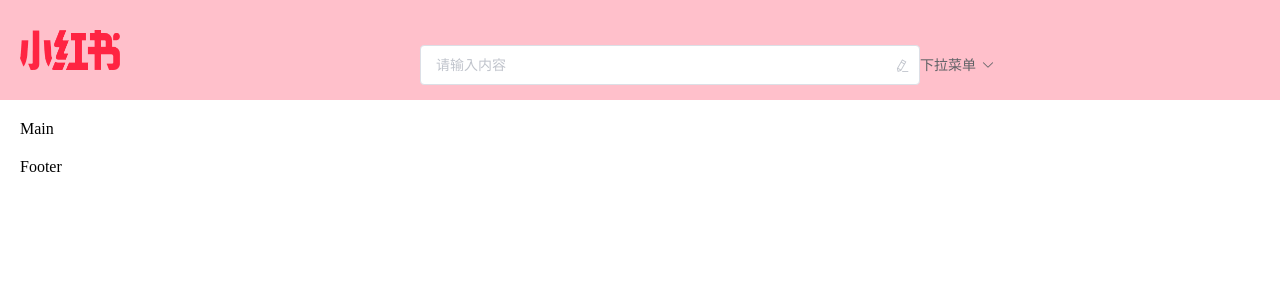
Repository: zhangshuaijie111/myproject-1
Page: /
An editor plug-in stored every save of this project. The page is shown before and after the next save, followed by the edit.
The browser window is 1280 px wide. The pictures show the whole page.
The project was rebuilt for these pictures with package versions that can differ from the ones it lists, and the page was loaded fresh each time. Also part of the build but not shown: vue.config.js.

Above is the page before, as saved 2023-07-18 18:08:48.

### src/App.vue
<template>
  <Main />
</template>

<script>
import Main from "./views/Main.vue";
export default {
  name: "App",
  components: {
    Main,
  },
};
</script>

<style>
* {
  margin: 0;
  padding: 0;
}
</style>

### src/views/Main.vue
<template>
  <div>
    <el-container>
      <el-header style="height: 100px">
        <CommonHeader />
      </el-header>
      <el-main>Main</el-main>
      <el-footer>Footer</el-footer>
    </el-container>
  </div>
</template>
<script>
import CommonHeader from "../components/CommonHeader.vue";
export default {
  components: {
    CommonHeader,
  },
};
</script>
<style lang="less">
.el-container {
  .el-header {
    width: 100vw;
    background-color: pink;
  }
}
</style>

### src/components/CommonHeader.vue
<template>
  <div>
    <img src="../assets/project-logo.png" />
    <el-autocomplete
      popper-class="my-autocomplete"
      v-model="state"
      :fetch-suggestions="querySearch"
      placeholder="请输入内容"
      @select="handleSelect"
    >
      <i
        class="el-icon-edit el-input__icon"
        slot="suffix"
        @click="handleIconClick"
      >
      </i>
      <template slot-scope="{ item }">
        <div class="name">{{ item.value }}</div>
        <span class="addr">{{ item.address }}</span>
      </template>
    </el-autocomplete>
    <el-dropdown @command="handleCommand">
      <span class="el-dropdown-link">
        下拉菜单<i class="el-icon-arrow-down el-icon--right"></i>
      </span>
      <el-dropdown-menu slot="dropdown">
        <el-dropdown-item command="a">黄金糕</el-dropdown-item>
        <el-dropdown-item command="b">狮子头</el-dropdown-item>
      </el-dropdown-menu>
    </el-dropdown>
  </div>
</template>
<script>
export default {
  data() {
    return {
      restaurants: [],
      state: "",
    };
  },
  methods: {
    querySearch(queryString, cb) {
      var restaurants = this.restaurants;
      var results = queryString
        ? restaurants.filter(this.createFilter(queryString))
        : restaurants;
      // 调用 callback 返回建议列表的数据
      cb(results);
    },
    createFilter(queryString) {
      return (restaurant) => {
        return (
          restaurant.value.toLowerCase().indexOf(queryString.toLowerCase()) ===
          0
        );
      };
    },
    loadAll() {
      return [
        { value: "三全鲜食（北新泾店）", address: "长宁区新渔路144号" },
        {
          value: "Hot honey 首尔炸鸡（仙霞路）",
          address: "上海市长宁区淞虹路661号",
        },
        {
          value: "新旺角茶餐厅",
          address: "上海市普陀区真北路988号创邑金沙谷6号楼113",
        },
      ];
    },
    handleSelect(item) {
      console.log(item);
    },
    handleIconClick(ev) {
      console.log(ev);
    },
  },
  mounted() {
    this.restaurants = this.loadAll();
  },
};
</script>
<style lang="less">
img {
  width: 100px;
  height: 40px;
  margin-top: 30px;
}
.el-autocomplete {
  width: 500px;
  height: 60px;
  margin-left: 300px;
}
.my-autocomplete {
  li {
    line-height: normal;
    padding: 7px;

    .name {
      text-overflow: ellipsis;
      overflow: hidden;
    }
    .addr {
      font-size: 12px;
      color: #b4b4b4;
    }

    .highlighted .addr {
      color: #ddd;
    }
  }
}
</style>

Loaded but not shown: public/index.html (common file); src/main.js (common file)

After the next save:
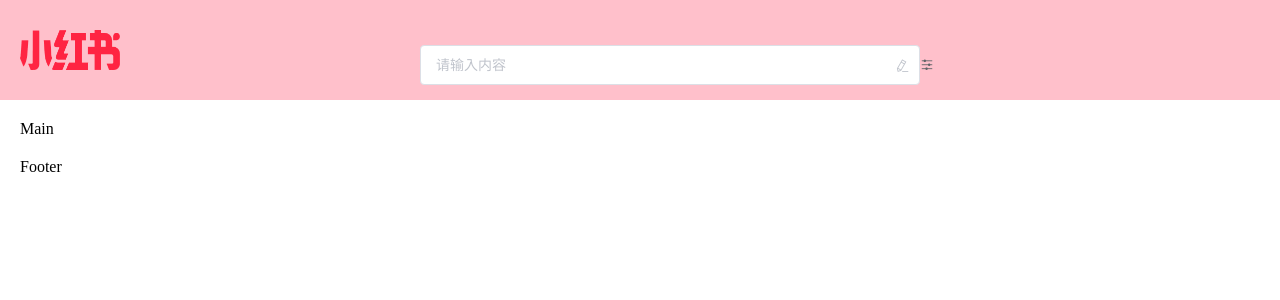
Saved 2 min 0 s later.
--- a/src/components/CommonHeader.vue
+++ b/src/components/CommonHeader.vue
@@ -21,7 +21,7 @@
     </el-autocomplete>
     <el-dropdown @command="handleCommand">
       <span class="el-dropdown-link">
-        下拉菜单<i class="el-icon-arrow-down el-icon--right"></i>
+        <i class="el-icon-s-operation"></i>
       </span>
       <el-dropdown-menu slot="dropdown">
         <el-dropdown-item command="a">黄金糕</el-dropdown-item>
